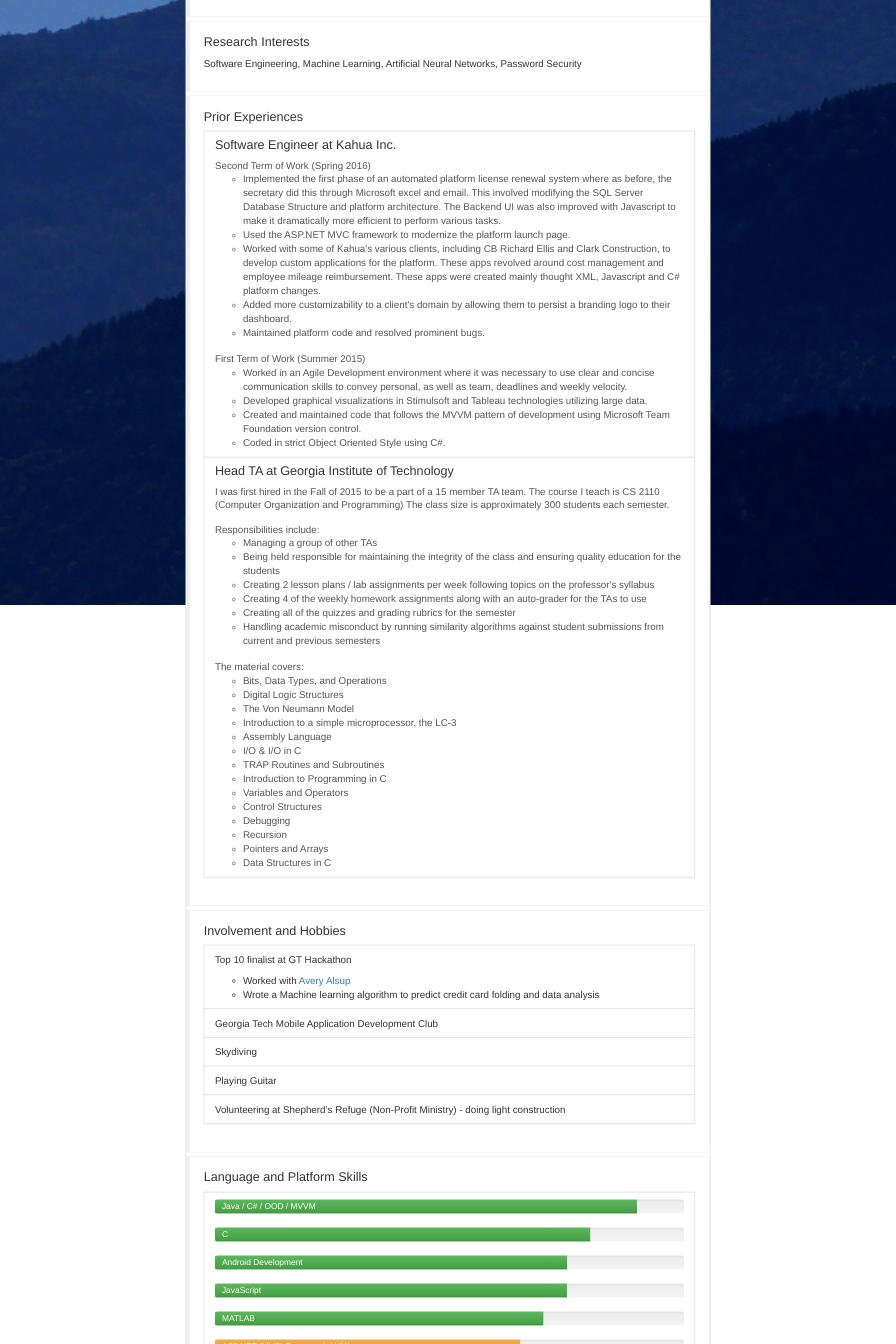
Repository: austinHerring/PersonalWebsite
Page: PersonalWebsite/WebContent/about.html
An editor plug-in stored every save of this project. The page is shown before and after the next save, followed by the edit.
The browser window is 1280 px wide. The pictures show the part of the page from y = 791 to 2711 px (the page is 3008 px tall before and 3050 px after), at 70% of full size.
Some web libraries are served in a nearby version.

Above is the page before, as saved 2016-06-13 03:05:42.

After the next save:
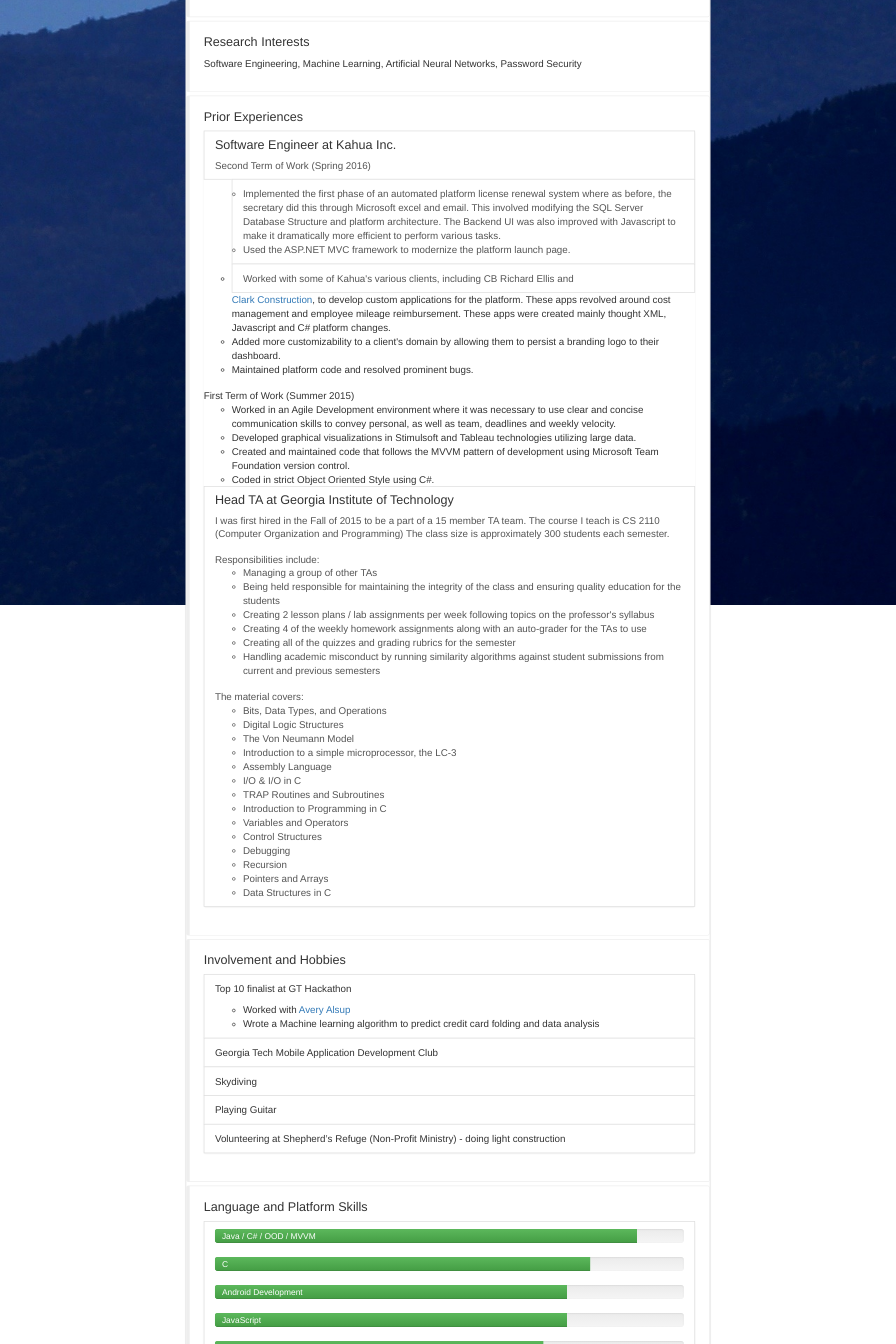
Saved 2 min 25 s later.
--- a/PersonalWebsite/WebContent/about.html
+++ b/PersonalWebsite/WebContent/about.html
@@ -113,7 +113,7 @@
 				             Used the ASP.NET MVC framework to modernize the platform launch page.
 		                </li>
 		                <li>
-				             Worked with some of Kahua's various clients, including CB Richard Ellis and Clark Construction, to develop custom applications for the platform. These apps revolved around cost management and employee mileage reimbursement. These apps were created mainly thought XML, Javascript and C# platform changes.
+				             Worked with some of Kahua's various clients, including CB Richard Ellis and <a href="https://www.clarkconstruction.com/">Clark Construction</a>, to develop custom applications for the platform. These apps revolved around cost management and employee mileage reimbursement. These apps were created mainly thought XML, Javascript and C# platform changes.
 		                </li>
 		                <li>
 				             Added more customizability to a client's domain by allowing them to persist a branding logo to their dashboard.

After the save that followed:
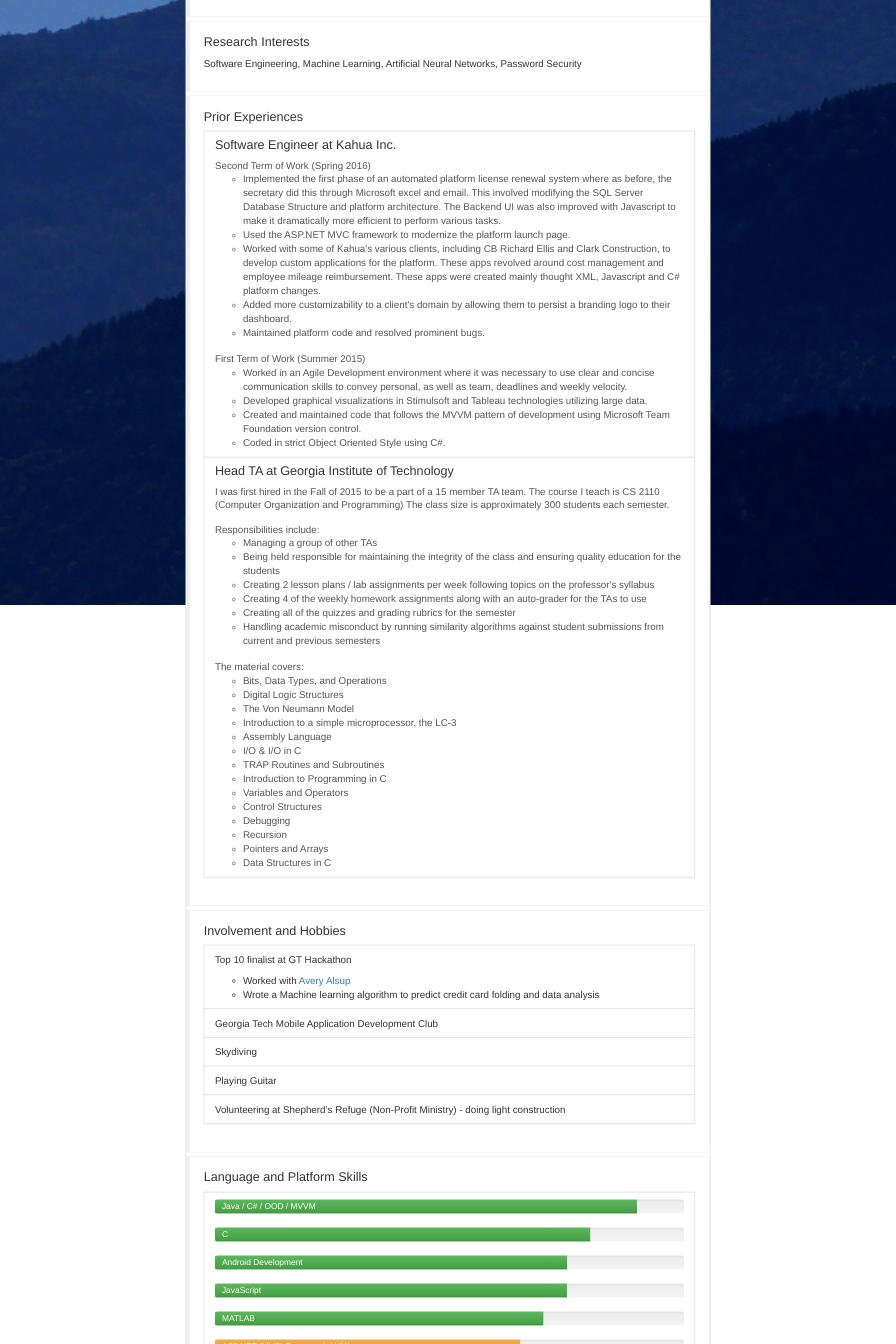
Saved 23 s later.
--- a/PersonalWebsite/WebContent/about.html
+++ b/PersonalWebsite/WebContent/about.html
@@ -113,7 +113,7 @@
 				             Used the ASP.NET MVC framework to modernize the platform launch page.
 		                </li>
 		                <li>
-				             Worked with some of Kahua's various clients, including CB Richard Ellis and <a href="https://www.clarkconstruction.com/">Clark Construction</a>, to develop custom applications for the platform. These apps revolved around cost management and employee mileage reimbursement. These apps were created mainly thought XML, Javascript and C# platform changes.
+				             Worked with some of Kahua's various clients, including CB Richard Ellis and Clark Construction, to develop custom applications for the platform. These apps revolved around cost management and employee mileage reimbursement. These apps were created mainly thought XML, Javascript and C# platform changes.
 		                </li>
 		                <li>
 				             Added more customizability to a client's domain by allowing them to persist a branding logo to their dashboard.
